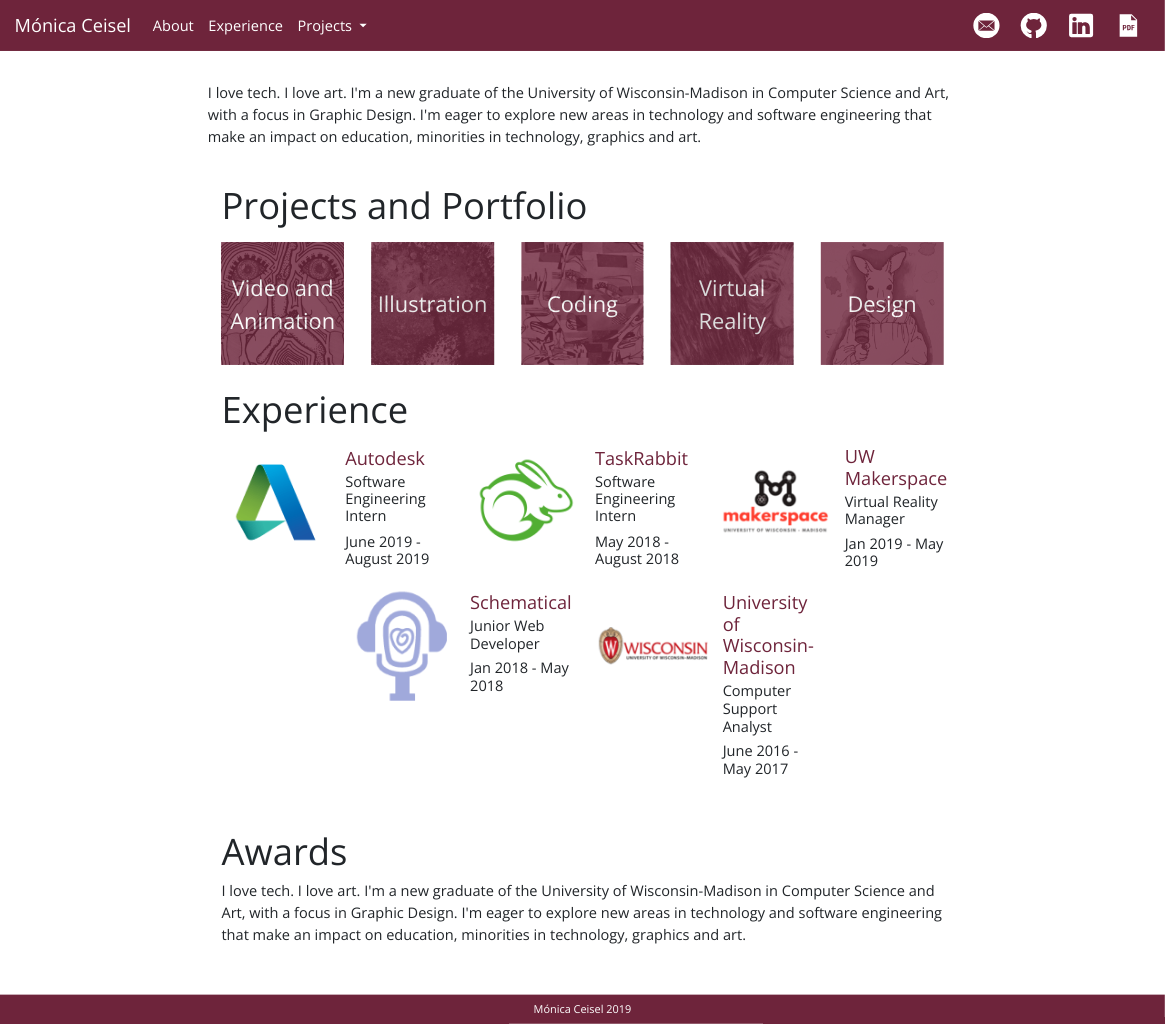
Repository: ceiselm/ceiselm.github.io
Page: index.html
The author's editor kept a copy of each file at every save. The page is drawn from the files as they stood at one save, then again after the next save.
The browser window is 1280 px wide. The pictures show the whole page, at 91% of full size.

Above is the page before, as saved 2019-08-07 23:24:52.

### index.html
<!DOCTYPE html>
<html lang="en">

<head>
  <meta charset="utf-8">
  <meta http-equiv="X-UA-Compatible" content="IE=edge">
  <meta name="viewport" content="width=device-width, initial-scale=1">
  <title>M&oacute;nica Ceisel</title>
  <!-- Bootstrap -->
  <link href="css/bootstrap-4.2.1.css" rel="stylesheet">
  <!-- slick -->
  <link rel="stylesheet" type="text/css" href="slick/slick.css" />
  <!-- Add the new slick-theme.css if you want the default styling -->
  <link rel="stylesheet" type="text/css" href="slick/slick-theme.css" />
  <!-- font -->
  <link href="https://fonts.googleapis.com/css?family=Open+Sans&display=swap" rel="stylesheet">
  <!-- overwrites -->
  <link href="css/home.css" rel="stylesheet">
</head>

<body>
  <main>
    <!-- site navigation component START -->
    <nav class="navbar navbar-expand-lg navbar-dark bg-dark">
      <a class="navbar-brand" href="./index.html">M&oacute;nica Ceisel</a>
      <button class="navbar-toggler" type="button" data-toggle="collapse" data-target="#navbarSupportedContent"
        aria-controls="navbarSupportedContent" aria-expanded="false" aria-label="Toggle navigation">
        <span class="navbar-toggler-icon"></span>
      </button>
      <div class="collapse navbar-collapse" id="navbarSupportedContent">
        <ul class="navbar-nav mr-auto">
          <li class="nav-item">
            <a class="nav-link" href="#startAbout">About</a>
          </li>
          <li class="nav-item">
            <a class="nav-link" href="#startExperience">Experience</a>
          </li>
          <li class="nav-item dropdown">
            <a class="nav-link dropdown-toggle" href="#" id="navbarDropdown" role="button" data-toggle="dropdown"
              aria-haspopup="true" aria-expanded="false">
              Projects
            </a>
            <div class="dropdown-menu" aria-labelledby="navbarDropdown">
              <a class="dropdown-item" href="./subpages/coding.html">Coding</a>
              <div class="dropdown-divider"></div>
              <a class="dropdown-item" href="./subpages/illustration.html">Illustration</a>
              <a class="dropdown-item" href="./subpages/design.html">Design</a>
              <a class="dropdown-item" href="./subpages/virtualreality.html">Virtual Reality</a>
              <a class="dropdown-item" href="./subpages/videoandanimation.html">Video and Animation</a>
            </div>
          </li>
        </ul>
      </div>
      <!--		HAVE ICONS APPEAR ON BOTTOM FOR RESPONSIVE!-->
      <div class="navabar navbar-collapse">
        <ul class="navbar-nav ml-auto">
          <li class="nav-item">
            <a target="_blank" href="mailto:ceiselm@gmail.com"><img class="contact-icon" src="images/social/mail.svg"
                title="ceiselm@gmail.com" alt="mail"></a>
            <a target="_blank" href="https://github.com/ceiselm"><img class="contact-icon" src="images/social/github.svg"
                title="ceiselm" alt="github"></a>
            <a target="_blank" href="https://www.linkedin.com/in/monicaceisel/"><img class="contact-icon" src="images/social/linkedin.svg"
                title="monicaceisel" alt="linkedin"></a>
            <!-- <a target="_blank" href="https://twitter.com/Momonimations"><img class="contact-icon" src="images/social/twitter.svg" title="Momonimations" alt="twitter"></a> -->
            <a target="_blank" href="https://drive.google.com/file/d/1Cxu938UaEI__a5fxJjOS7-iBWBv4FZOx/view?usp=sharing"><img
                class="contact-icon" src="images/social/pdf.svg" title="Resume" alt="resume"></a>
          </li>
        </ul>
      </div>
    </nav>
    <!-- site navigation component END -->
    <!-- <hr> -->

    <div class="container col-md-8">
    <div class="row justify-content-center">
    <!-- <div class="col-8"> -->
          <!-- about START -->
    <div class="portion">

      <section>
        <div class="text-center mt-2">
          <div class="container">
            <div class="row">
              <div class="col-12">
                <!-- <h1 id="startAbout">About</h1> -->
                <div class="container">
                  <div class="row justify-content-center">
                    <!-- <div class="col col-md-8"> -->
                      <p align="left">I love tech. I love art. I'm a new graduate of the University of Wisconsin-Madison
                        in Computer Science and Art,
                        with a focus in Graphic Design. I'm eager to explore new areas in technology and software
                        engineering that
                        make an impact on education, minorities in technology, graphics and art.
                      </p>
                    <!-- </div> -->
                  </div>
                </div>
                <!-- noteworthy articles -->
                <!--				https://insider.windows.com/en-us/community-news/how-this-coder-artist-grew-superpowers-to-create/-->
                <!--				https://insider.windows.com/en-us/community-news/extraordinary-women-in-computing/-->

                <!-- <div class="wrapper"> -->
                <!-- <div class="portion">
                  <div class="row align-items-center">
                  <div class="container col-lg-10 col-md-10">
                  <div class="slides">
                    <div><img class="slide-item col-sx-4" src="images/carousel/Microsoft.png" alt="First slide"><a class="highlight" href="https://insider.windows.com/en-us/community-news/how-this-coder-artist-grew-superpowers-to-create/">Microsoft Women
                      in Computing Award Winner</a></div>
                    <div><img class="slide-item col-sx-4" src="images/carousel/Target.jpg" alt="Second slide">1st Place for the
                      Target Women in Tech Symposium Hackathon</div>
                    <div><img class="slide-item col-sx-4" src="images/carousel/TaskRabbit.jpg" alt="Third slide">Software
                      Engineering Internship at TaskRabbit</div>
                    </div>
                  </div>
                </div> -->
              </div>
              </div>
            </div>
          </div>
        </div>
      </section>
    </div>
    <!-- about END -->
    <!-- <hr> -->
    <!-- projects START -->
    <div class="portion">
      <section>
        <div class="container">
          <div class="row">
            <div class="col-12 text-left">
              <h1>Projects and Portfolio</h1>
              <!-- <p>Lorem ipsum dolor sit amet, consectetur adipisicing elit. Officia, et, placeat !</p> -->
            </div>
          </div>
          <div class="row mt-2">

            <div class="col-md mt-md-0 mt-1">
              <a href="./subpages/videoandanimation.html">
                <img class="image img-fluid float-right" src="images/buttons/Button03.png" alt="Video and Animation" href="#">
                <div class="overlay">
                  <div class="text">Video and Animation</div>
                </div>
              </a>
            </div>

            <div class="col-md mt-md-0 mt-1">
              <a href="./subpages/illustration.html">
                <img class="image img-fluid float-left" src="images/buttons/Button01.png" alt="Illustration">
                <div class="overlay">
                  <div class="text">Illustration</div>
                </div>
              </a>
            </div>

            <div class="col-md mt-md-0 mt-1">
              <a href="./subpages/coding.html">
                <img class="image img-fluid float-left" src="images/buttons/Button05.png" alt="Coding" href="#">
                <div class="overlay">
                  <div class="text">Coding</div>
                </div>
              </a>
            </div>
            <div class="col-md mt-md-0 mt-1">
              <a href="./subpages/virtualreality.html">
                <img class="image img-fluid float-right" src="images/buttons/Button04.png" alt="Virtual Reality" href="#">
                <div class="overlay">
                  <div class="text">Virtual Reality</div>
                </div>
              </a>
            </div>
            <div class="col-md mt-md-0 mt-1">
              <a href="./subpages/design.html">
                <img class="image img-fluid float-left" src="images/buttons/Button02.png" alt="Design" href="#">
                <div class="overlay">
                  <div class="text">Design</div>
                </div>
              </a>
            </div>
          </div>
        </div>
      </section>
    </div>
  <!-- projects END -->
    <!-- experience START -->
    <!-- <hr> -->
    <div class="portion">
      <section>
        <div class="container">
          <div class="row">
            <div class="col-12 text-left">
              <h1 id="startExperience">Experience</h1>
              <!-- <p>Lorem ipsum dolor sit amet, consectetur adipisicing elit. Quibusdam, magni, doloribus, possimus eum sapiente deleniti doloremque fugit ut expedita molestiae iusto debitis eveniet modi obcaecati ipsam quos quis labore dicta.</p> -->
            </div>
          </div>
        </div>
      </section>
      <section>
        <div class="container mt-2">
          <div class="row align-items-center">
            <div class="col-md-4 col-12">
              <ul class="list-unstyled">
                <li class="media">
                  <img class="mr-3" src="images/companies/120px-Autodesk_logo.svg.png" alt="Autodesk">
                  <div class="media-body">
                    <h5 class="mt-0 mb-1"><a href="https://www.autodesk.com/">Autodesk</a></h5>
                    <h6>Software Engineering Intern</h6>
                    <h6>June 2019 - August 2019</h6>
                  </div>
                </li>
              </ul>
            </div>
            <div class="col-md-4 col-12">
              <ul class="list-unstyled">
                <li class="media">
                  <img class="mr-3" src="images/companies/taskrabbit_logo.png" alt="TaskRabbit">
                  <div class="media-body">
                    <h5 class="mt-0 mb-1"><a href="https://www.taskrabbit.com/">TaskRabbit</a></h5>
                    <h6>Software Engineering Intern</h6>
                    <h6>May 2018 - August 2018</h6>
                  </div>
                </li>
              </ul>
            </div>
            <div class="col-md-4 col-12">
              <ul class="list-unstyled">
                <li class="media">
                  <img class="mr-3" src="images/companies/makerspacelogo.png" alt="Makerspace">
                  <div class="media-body">
                    <h5 class="mt-0 mb-1"><a href="https://making.engr.wisc.edu/">UW Makerspace</a></h5>
                    <h6>Virtual Reality Manager</h6>
                    <h6>Jan 2019 - May 2019</h6>
                  </div>
                </li>
              </ul>
            </div>
          </div>
        <!-- second row -->
        <div class="row">
          <div class="container col-lg-8 col-md-8 col-sm-12 col-xs-12">
                    <div class="row">
            <div class="col">
              <ul class="list-unstyled">
                <li class="media">
                  <img class="mr-3" src="images/companies/castdex_logo.png" alt="Schematical">
                  <div class="media-body">
                    <h5 class="mt-0 mb-1">Schematical</h5>
                    <h6>Junior Web Developer</h6>
                    <h6>Jan 2018 - May 2018</h6>
                  </div>
                </li>
              </ul>
            </div>
            <div class="col">
              <ul class="list-unstyled">
                <li class="media">
                  <img class="mr-3" src="images/companies/uwmadison.png" alt="University of Wisconsin-Madison">
                  <div class="media-body">
                    <h5 class="mt-0 mb-1"><a href="">University of Wisconsin-Madison</a></h5>
                    <h6>Computer Support Analyst</h6>
                    <h6>June 2016 - May 2017</h6>
                  </div>
                </li>
              </ul>

            </div>
            <div>
          </div>
          </div>

        </div>
      </section>
    </div>
  <!-- </div> -->


  <!-- experience END -->
        <!-- awards START -->
        <div class="portion">

            <section>
              <div class="text-center mt-2">
                <div class="container">
                  <div class="row">
                    <div class="col-12 text-left">
                      <h1 id="startAbout">Awards</h1>
                      <div class="container">
                        <div class="row justify-content-center">
                          <!-- <div class="col col-md-8"> -->
                            <p align="left">I love tech. I love art. I'm a new graduate of the University of Wisconsin-Madison
                              in Computer Science and Art,
                              with a focus in Graphic Design. I'm eager to explore new areas in technology and software
                              engineering that
                              make an impact on education, minorities in technology, graphics and art.
                            </p>
                          <!-- </div> -->
                        </div>
                      </div>
                      <!-- noteworthy articles -->
                      <!--				https://insider.windows.com/en-us/community-news/how-this-coder-artist-grew-superpowers-to-create/-->
                      <!--				https://insider.windows.com/en-us/community-news/extraordinary-women-in-computing/-->

                      <!-- <div class="wrapper"> -->
                      <!-- <div class="portion">
                        <div class="row align-items-center">
                        <div class="container col-lg-10 col-md-10">
                        <div class="slides">
                          <div><img class="slide-item col-sx-4" src="images/carousel/Microsoft.png" alt="First slide"><a class="highlight" href="https://insider.windows.com/en-us/community-news/how-this-coder-artist-grew-superpowers-to-create/">Microsoft Women
                            in Computing Award Winner</a></div>
                          <div><img class="slide-item col-sx-4" src="images/carousel/Target.jpg" alt="Second slide">1st Place for the
                            Target Women in Tech Symposium Hackathon</div>
                          <div><img class="slide-item col-sx-4" src="images/carousel/TaskRabbit.jpg" alt="Third slide">Software
                            Engineering Internship at TaskRabbit</div>
                          </div>
                        </div>
                      </div> -->
                    </div>
                    </div>
                  </div>
                </div>
              </div>
            </section>
          </div>
          <!-- awards END -->
        </div>
        </div>
      </div>
  </main>
  <!-- footer START -->
  <div class="portion">
    <div class="footer">
      <div class="container h-100">
        <div class="row h-100 justify-content-center align-items-center footer-text">
          <div class="col-12 text-center">
            M&oacute;nica Ceisel 2019
          </div>
        </div>
      </div>
    </div>
  </div>
  <!-- footer END -->
  <!-- jQuery (necessary for Bootstrap's JavaScript plugins) -->
  <script src="js/jquery-3.3.1.min.js"></script>
  <!-- Include all compiled plugins (below), or include individual files as needed -->
  <script src="js/popper.min.js"></script>
  <script src="js/bootstrap-4.2.1.js"></script>
  <script src="js/index.js"></script>
  <!-- slick -->
  <script type="text/javascript" src="slick/slick.min.js"></script>
</body>

</html>

### css/home.css
@charset "utf-8";
/* CSS Document */

body {
  font-family: 'Open Sans', sans-serif;
}

main {
  padding-bottom: 2rem;
}

.footer {
  left: 0;
  bottom: 0;
  width: 100%;
  background-color: #6E243B;
  color: white;
  text-align: center;
  height: 2rem;
  position: relative;
  margin-top: -2rem;
  clear: both;
}

.footer-text {
  font-size: .75rem;
}

.contact-icon {
    height: 1.8em;
    width: 3em;

}

.contact-icon:hover {
    position: relative;
	opacity: .8;
}

.bg-dark {
  background-color: #6E243B !important;
}

.navbar-dark .navbar-nav .nav-link {
    color: rgba(255, 255, 255, 255);
}

h5 {
	color: #6E243B;
}

h5:hover, h5:link, h5:focus {
	color: #EDA200;
}

a {
	text-decoration: none !important;
	color: inherit;
}

a:hover, a:link, a:focus {
	color: inherit;
}

.image {
  position:relative;
  display: block;
  width: 100%;
  height: auto;
  opacity: 0.9;
  transition: 1s ease;
  -webkit-filter: grayscale(100%); /* Safari 6.0 - 9.0 */
  filter: grayscale(100%);
}

.overlay {
  position: relative;
  top: 0;
  bottom: 0;
  left: 0;
  right: 0;
  height: 100%;
  width: 100%;
  opacity: 0.8;
  background-color: #6E243B;
}

.col-md:hover .image {
  opacity: 1;
  -webkit-filter: grayscale(0%); /* Safari 6.0 - 9.0 */
  filter: grayscale(0%);
}

.col-md:hover .overlay {
  opacity: 0;
}


.text {
  color: white;
  font-size: 18pt;
  position: absolute;
  top: 50%;
  left: 50%;
  opacity: 1 !important;
  -webkit-transform: translate(-50%, -50%);
  -ms-transform: translate(-50%, -50%);
  transform: translate(-50%, -50%);
  text-align: center;
}


.slide-item {
  width: 100%;
}


.slick-prev:before {
  color: #6E243B;
}

.slick-next:before {
  color: #6E243B;
}

.slick-dots li.slick-active button::before {
  color: #6E243B;
}

.slick-dots li button::before {
  color: #6E243B;
}

.portion {
  padding-top: 3%;
}

.google-slides-container{
  position: relative;
  width: 100%;
  padding-top: 60%;
  overflow: hidden;
}

.google-slides-container iframe{
  position: absolute;
  top: 0;
  left: 0;
  width: 100%;
  height: 100%;
}

### js/index.js
$(document).ready(function(){
  $('.slides').slick({
    centerMode: true,
    centerPadding: '60px',
    slidesToShow: 1,
    slidesToScroll: 1,
    adaptiveHeight: true,
    dots: true,
    arrows: true,
    variableWidth: true,
    autoplay: true,
    autoplaySpeed: 2000,
    responsive: [
      {
        breakpoint: 768,
        settings: {
          arrows: false,
          centerMode: true,
          centerPadding: '40px',
          slidesToShow: 1
        }
      },
      {
        breakpoint: 480,
        settings: {
          arrows: false,
          centerMode: true,
          centerPadding: '40px',
          slidesToShow: 1
        }
      }
    ]

  });
});

Loaded but not shown: css/bootstrap-4.2.1.css (library); slick/slick.css (common file); slick/slick-theme.css (library); js/jquery-3.3.1.min.js (library); js/popper.min.js (library); js/bootstrap-4.2.1.js (library); slick/slick.min.js (library)

After the next save:
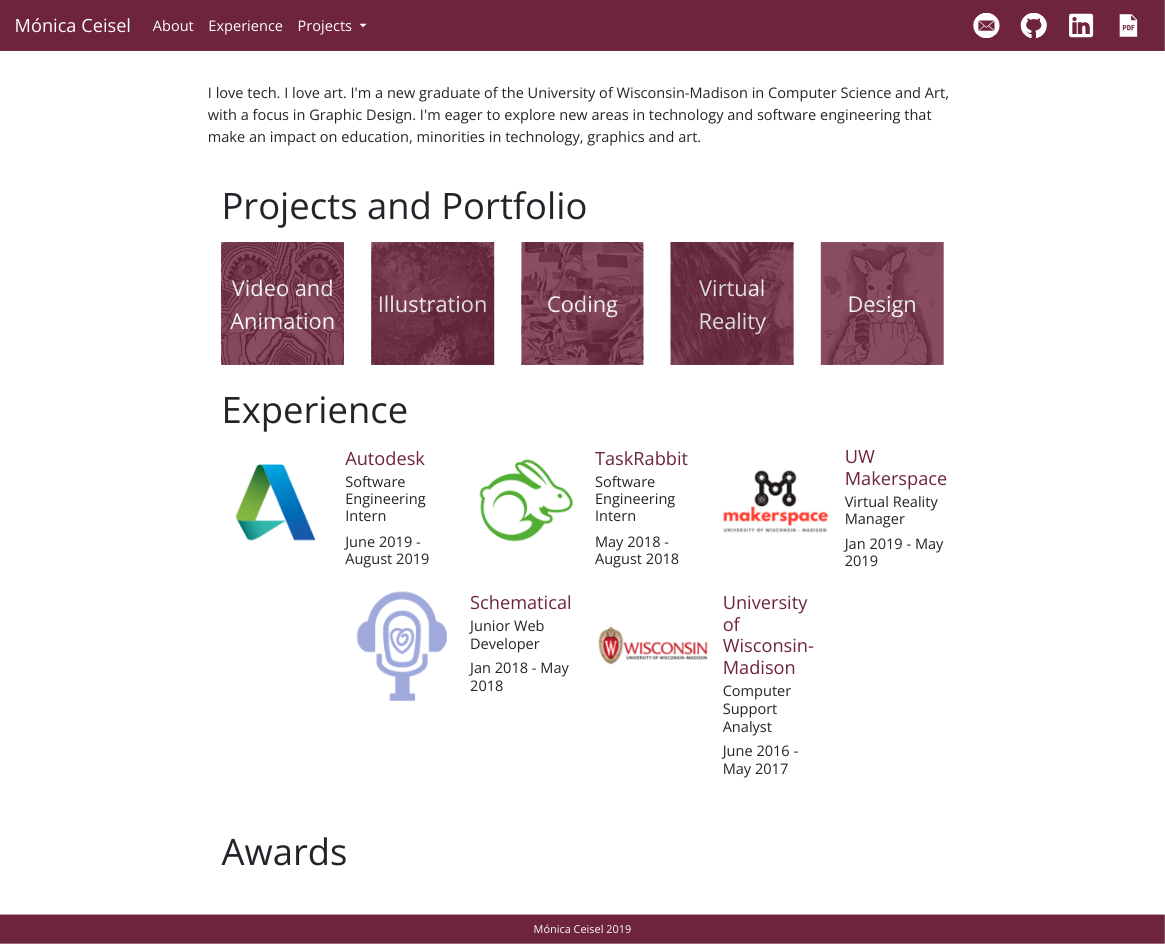
Saved 61 s later.
--- a/index.html
+++ b/index.html
@@ -285,16 +285,6 @@
                       <h1 id="startAbout">Awards</h1>
                       <div class="container">
                         <div class="row justify-content-center">
-                          <!-- <div class="col col-md-8"> -->
-                            <p align="left">I love tech. I love art. I'm a new graduate of the University of Wisconsin-Madison
-                              in Computer Science and Art,
-                              with a focus in Graphic Design. I'm eager to explore new areas in technology and software
-                              engineering that
-                              make an impact on education, minorities in technology, graphics and art.
-                            </p>
-                          <!-- </div> -->
-                        </div>
-                      </div>
                       <!-- noteworthy articles -->
                       <!--				https://insider.windows.com/en-us/community-news/how-this-coder-artist-grew-superpowers-to-create/-->
                       <!--				https://insider.windows.com/en-us/community-news/extraordinary-women-in-computing/-->
@@ -313,6 +303,9 @@
                           </div>
                         </div>
                       </div> -->
+                        </div>
+                      </div>
+
                     </div>
                     </div>
                   </div>
